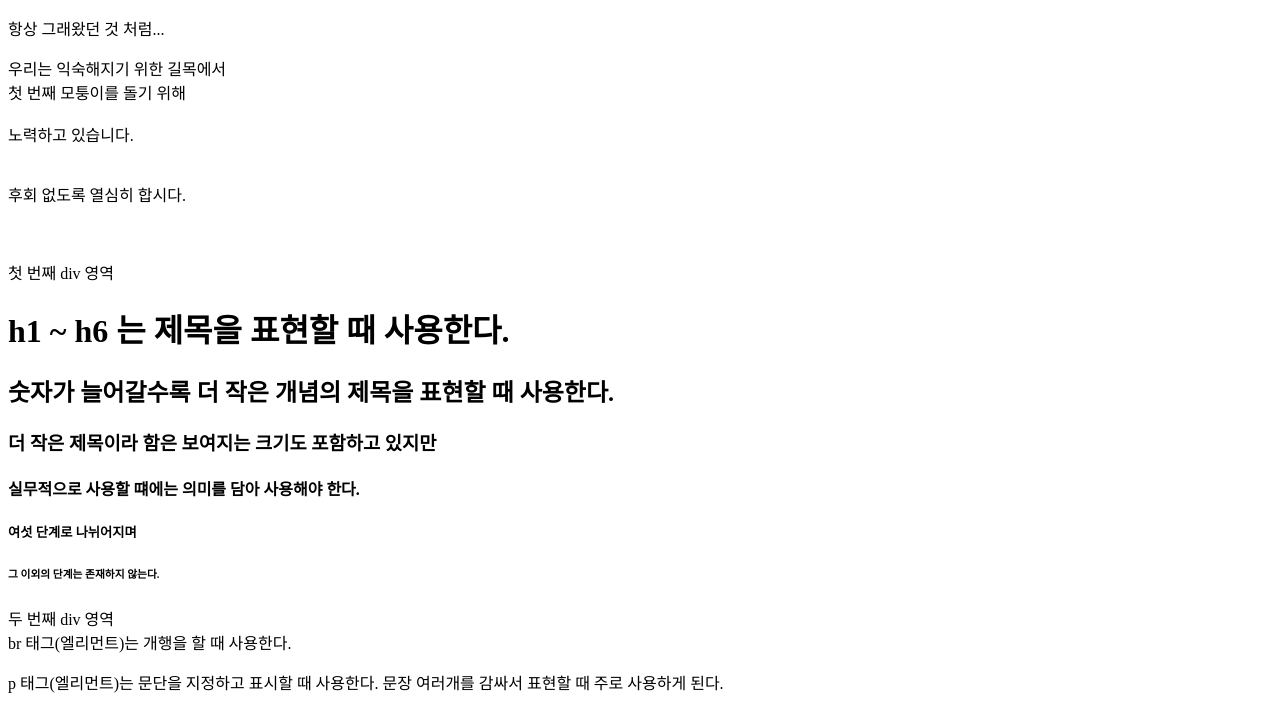
Repository: yhj4130/WebStudy
Page: WebApp01/WebContent/Test001.html
These files come from the project's save history. The page is drawn as it stood at one moment and after the next save; the edit follows.
The browser window is 1280 px wide. The pictures show the whole page.

Above is the page before, as saved 2019-04-29 07:10:10.

### WebApp01/WebContent/Test001.html
<!DOCTYPE html>
<html>
<head>
<meta charset="UTF-8">
<title>Test001.html</title>
</head>
<body>

<!--  문단 구성 -->
<p>항상 그래왔던 것 처럼...</p>

우리는 익숙해지기 위한 길목에서<br>
첫 번째 모퉁이를 돌기 위해<br><br> 노력하고 있습니다.<br><br><br>
후회 없도록 열심히 합시다.<br><br><br><br>

<!-- 주석문으로 처리할 내용 -->

<!-- 영역 구성 -->
<div>
	첫 번째 div 영역<br>
	<h1>h1 ~ h6 는 제목을 표현할 때 사용한다.</h1>
	<h2>숫자가 늘어갈수록 더 작은 개념의 제목을 표현할 때 사용한다.</h2>
	<h3>더 작은 제목이라 함은 보여지는 크기도 포함하고 있지만</h3>
	<h4>실무적으로 사용할 떄에는 의미를 담아 사용해야 한다.</h4>
	<h5>여섯 단계로 나뉘어지며</h5>
	<h6>그 이외의 단계는 존재하지 않는다.</h6>
</div>

<div>
	두 번째 div 영역<br>
	br 태그(엘리먼트)는 개행을 할 때 사용한다.<br>
	<p>p 태그(엘리먼트)는 문단을 지정하고 표시할 때 사용한다.
	문장 여러개를 감싸서 표현할 때 주로 사용하게 된다.</p>
</div>
</body>
</html>

After the next save:
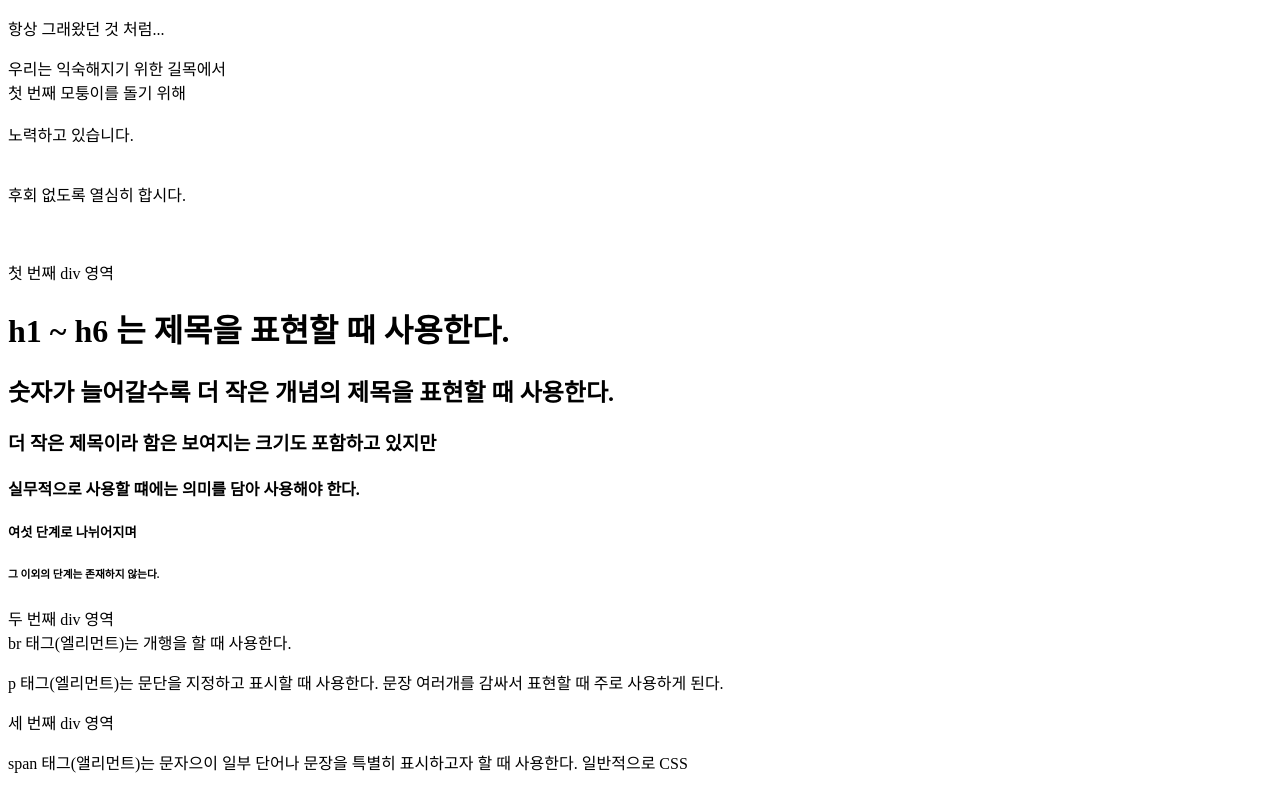
Saved 69 s later.
--- a/WebApp01/WebContent/Test001.html
+++ b/WebApp01/WebContent/Test001.html
@@ -32,5 +32,12 @@
 	<p>p 태그(엘리먼트)는 문단을 지정하고 표시할 때 사용한다.
 	문장 여러개를 감싸서 표현할 때 주로 사용하게 된다.</p>
 </div>
+
+<div>
+	세 번째 div 영역<br>
+	<p>span 태그(앨리먼트)는 문자으이 일부 단어나 문장을 특별히 표시하고자 할 때 사용한다.
+	일반적으로 <span>CSS</span>
+
+</div>
 </body>
 </html>
